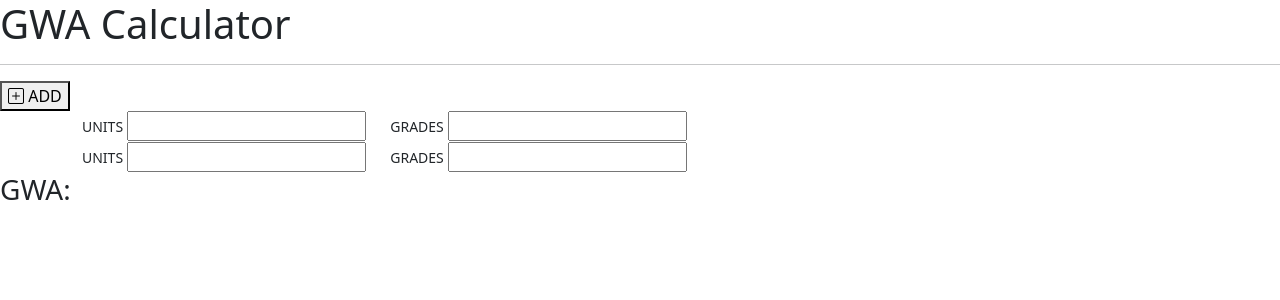
Repository: yonora/GWACalculator
Page: index.html
These files come from the project's save history. The page is drawn as it stood at one moment and after the next save; the edit follows.
The browser window is 1280 px wide. The pictures show the whole page.
Empty fields were first filled with sample values (such as "Sample", 5 or name@example.com).
After loading, the first visible `button.col-auto` was clicked once.

Above is the page before, as saved 2025-01-04 22:40:07.

After the next save:
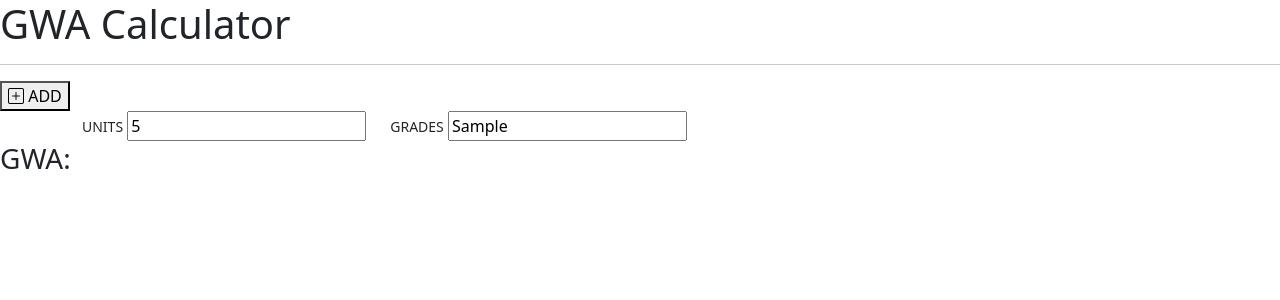
Console error: SyntaxError: Identifier 'container' has already been declared
Saved 66 s later.
--- a/js.js
+++ b/js.js
@@ -1,6 +1,6 @@
 function add(){
-    const container = document.getElementById('container');
-    const elements =
+    const container = document.getElementById('container').innerHTML;
+    const container +=
         `<div class="row" id="grade-container">
             <div class="col-auto">
                 <label for="units" class="col-form-label-sm">UNITS</label>
@@ -12,7 +12,6 @@
             </div>
         </div>`
     ;
-    container.innerHTML += elements;
 }
 
 function compute(){

After the 2 saves that followed:
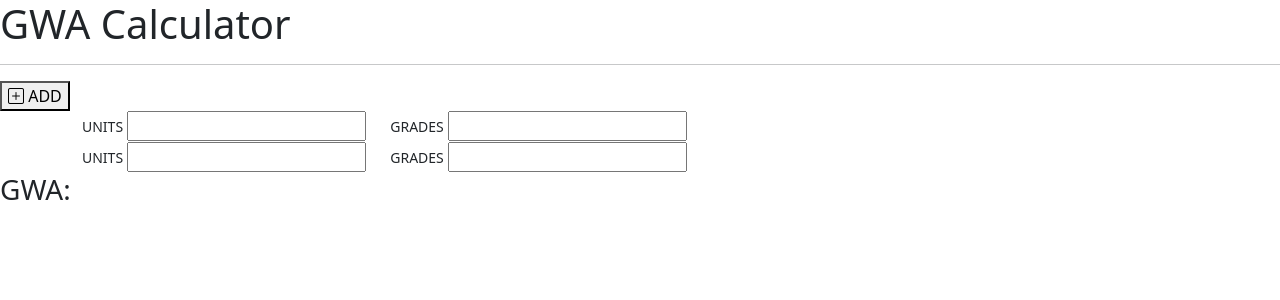
The error is gone.
The 2 saves are shown as one change because 1 left the picture as it was.
The last was saved 79 s later.
--- a/js.js
+++ b/js.js
@@ -1,6 +1,6 @@
 function add(){
-    const container = document.getElementById('container').innerHTML;
-    const container +=
+    const container = document.getElementById('container');
+    container.innerHTML +=
         `<div class="row" id="grade-container">
             <div class="col-auto">
                 <label for="units" class="col-form-label-sm">UNITS</label>
